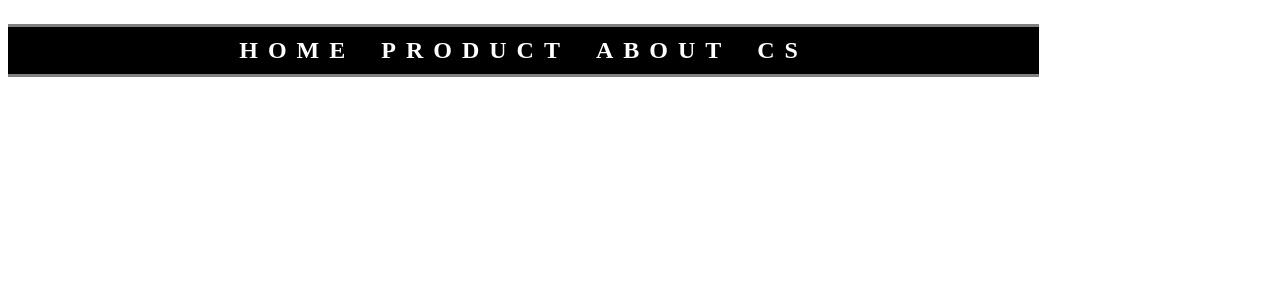
Repository: snowcuphea/webwork_class
Page: clientweb/WebContent/css/css_list_menu_test.html
These files come from the project's save history. The page is drawn as it stood at one moment and after the next save; the edit follows.
The browser window is 1280 px wide. The pictures show the whole page.

Above is the page before, as saved 2020-01-03 04:19:41.

### clientweb/WebContent/css/css_list_menu_test.html
<!DOCTYPE html>
<html>
<head>
<meta charset="EUC-KR">
<title>Insert title here</title>
<style type="text/css">
	ul{
		list-style : none;
		text-align : center;
		font-size : 18pt;
		color : white;
		font-weight : bolder;
		background-color : black;
		border-bottom : solid 3px grey;
		border-top : solid 3px grey;
		padding : 10px;
		width : 80%
	}
	ul li{
		display : inline; /* 리스트 항목들이 한 줄에 보여지도록 설정 */
		text-transform : uppercase;
		padding : 10px;
		letter-spacing: 10px;

	}

	ul li:hover {
		text-decoration: underline;
	}


</style>
</head>
<body>
	<ul>
		<li>home</li>
		<li>product</li>
		<li>about</li>
		<li>CS</li>
	</ul>

</body>
</html>

After the next save:
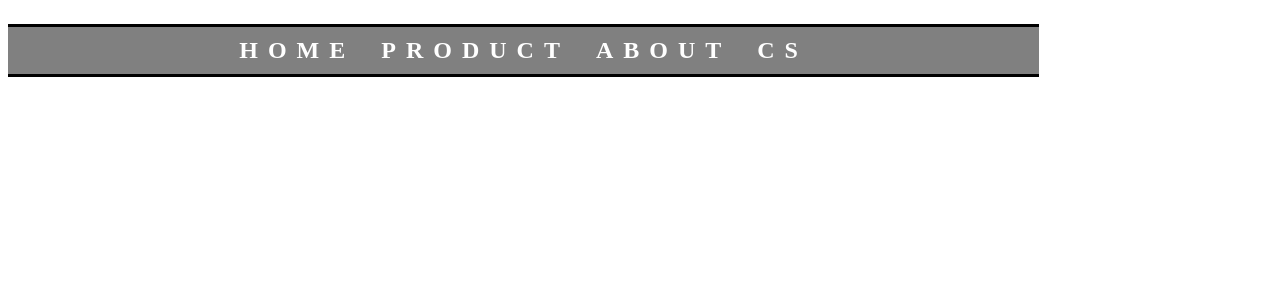
Saved 22 s later.
--- a/clientweb/WebContent/css/css_list_menu_test.html
+++ b/clientweb/WebContent/css/css_list_menu_test.html
@@ -10,9 +10,9 @@
 		font-size : 18pt;
 		color : white;
 		font-weight : bolder;
-		background-color : black;
-		border-bottom : solid 3px grey;
-		border-top : solid 3px grey;
+		background-color : grey;
+		border-bottom : solid 3px black;
+		border-top : solid 3px black;
 		padding : 10px;
 		width : 80%
 	}
